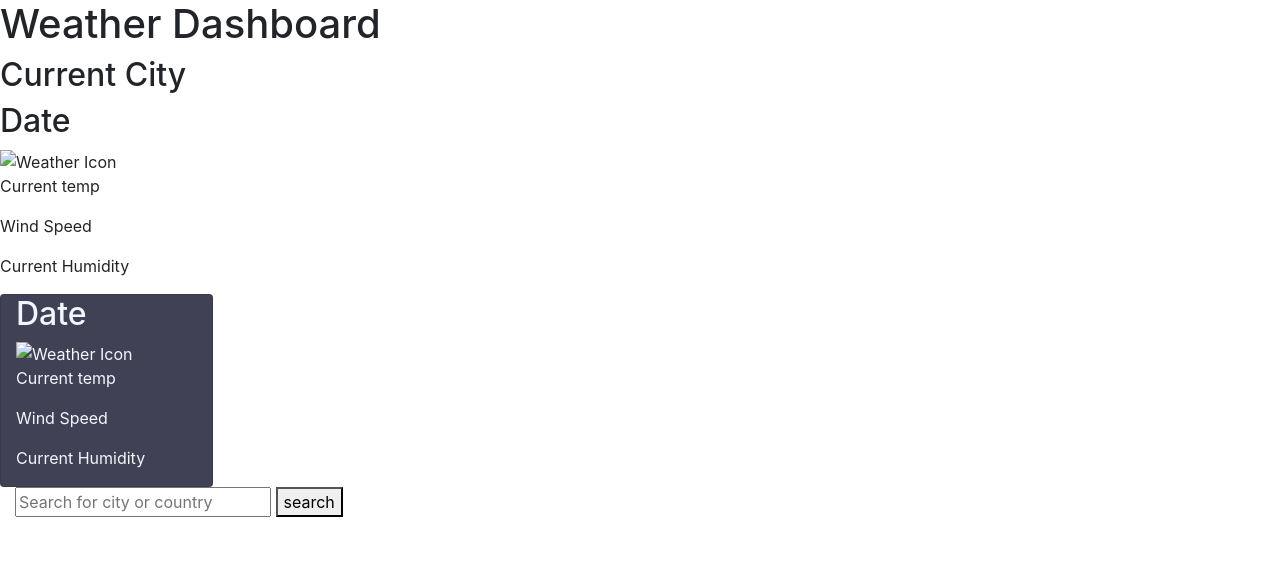
Repository: cobalt88/weather-forecast-app
Page: index.html
The author's editor kept a copy of each file at every save. The page is drawn from the files as they stood at one save, then again after the next save.
The browser window is 1280 px wide. The pictures show the whole page.
The page's requests for data from a server got no answer. Some web libraries are served in a nearby version.

Above is the page before, as saved 2022-04-02 17:28:41.

### index.html
<!DOCTYPE html>
<html lang="en">
<head>
  <meta charset="UTF-8">
  <meta http-equiv="X-UA-Compatible" content="IE=edge">
  <meta name="viewport" content="width=device-width, initial-scale=1.0">
  <link
  rel="stylesheet"
  href="https://stackpath.bootstrapcdn.com/bootstrap/4.3.1/css/bootstrap.min.css"
/>
<link
  rel="stylesheet"
  href="https://use.fontawesome.com/releases/v5.8.1/css/all.css"
  integrity="sha384-50oBUHEmvpQ+1lW4y57PTFmhCaXp0ML5d60M1M7uH2+nqUivzIebhndOJK28anvf"
  crossorigin="anonymous"
/>
<link
  href="https://fonts.googleapis.com/css?family=Open+Sans&display=swap"
  rel="stylesheet"
/>

<link href="style.css" rel="stylesheet">
  <title>Document</title>
</head>
<body>
  <header><h1>Weather Dashboard</h1></header>
  <div id="current-day"></div>
  <h2 id="city">Current City</h2>
  <h2 id="date">Date</h2>
      <img alt="Weather Icon">
      <p id="temp">Current temp</p>
      <p id="wind">Wind Speed</p>
      <p id="humidity">Current Humidity</p>

  <div id="5-day-container">

    <div id="forecast" class="card col-2">
      <h2 id="date">Date</h2>
      <img alt="Weather Icon">
      <p id="temp">Current temp</p>
      <p id="wind">Wind Speed</p>
      <p id="humidity">Current Humidity</p>

    </div>


  </div>

  <div class="col-xl-4 col-lg-4 col-md-4 col-sm-4 col-4">
    <input type="text" id="searchInput" placeholder="Search for city or country">
    <button type= 'button' id="search-button">search</button>
    <ul id="city-list"></ul>
  </div>
  <script src="https://code.jquery.com/jquery-3.4.1.min.js"></script>
  <script src="logic.js"></script>
</body>
</html>

### style.css
.card {
  background-color: rgb(65, 65, 85);
  color: aliceblue;

}

.cityList {
  display: flex;
  flex-direction: column;
  width: 25%;
  max-width: 500px;
}

### logic.js
var buttonContainerEl = document.querySelector('#city-list');
var dataArr = [];
var currentLocationArr = [];
var searchLocationArr = [];
var forecastArr = [];
var input = document.getElementById('searchInput');

$("#search-button").on("click", function () {
  let text = $(this).siblings("#searchInput").val();
  console.log(text)
  var searchUrl = `http://dataservice.accuweather.com/locations/v1/cities/search?apikey=%09WRy7rAgeG9pkGPZlac8sWxk9sXswNaMI&q=${text}}`
  fetch(searchUrl)
    .then(function(response) {
      return response.json();
    })
    .then(function(searchLocation) {
      currentLocationArr.push(searchLocation);
    })
    .then(function(){
      console.log(searchLocationArr);
    })

  })


function getLocation() {
  var requestLocationUrl = 'http://dataservice.accuweather.com/locations/v1/cities/ipaddress?apikey=WRy7rAgeG9pkGPZlac8sWxk9sXswNaMI&q=199.231.175.194'
  fetch(requestLocationUrl)
  .then(function(response){
    return response.json();
  })
  .then(function(currentLocation) {
    currentLocationArr.push(currentLocation);
  })
  .then(function(localForecast) {
    var localKey = currentLocationArr[0].Key;
    var searchUrl = `http://dataservice.accuweather.com/locations/v1/cities/search?apikey=%09WRy7rAgeG9pkGPZlac8sWxk9sXswNaMI&q=${localKey}}`
    fetch(searchUrl)
      .then(function(response) {
        return response.json();
      })
      .then(function(location) {
        // console.log(location);
        // searchLocationArr.push(searchLocation)
      })
  })




};


function getCityList() {
var requestUrl = "http://dataservice.accuweather.com/locations/v1/topcities/150?apikey=%09WRy7rAgeG9pkGPZlac8sWxk9sXswNaMI";
fetch(requestUrl)
  .then(function(response){
  return response.json();
})
.then(function(cityData){
  for (var i = 0; i < cityData.length; i++) {
    var location = document.createElement('li')
    location.textContent = `${cityData[i].EnglishName}, ${cityData[i].Country.EnglishName}`;
    buttonContainerEl.appendChild(location)
    location.setAttribute('class', 'list-group-item ')
    location.setAttribute('id', `${cityData[i].EnglishName}-${cityData[i].Country.EnglishName}` )
    dataArr.push(cityData[i]);
  }
});
};

function forecastDisplayHandler () {
for (var i = 0; i < forecastArr.length; i++) {

}

}



// function search() {
//   var filter = input.value.toLowerCase();
//   var ul = document.getElementById('city-list');
//   var li = document.getElementsByTagName('li');

//   for (let i = 0; i < li.length; i++) {
//     a = li[i].getElementsByTagName("a")[0];
//     txtValue = li.textContent || li.innerText;
//     if (txtValue.toLowerCase().indexOf(filter) > -1) {
//       li[i].style.display = "";
//     } else {
//       li[i].style.display = "none";
//     }
//   }

// }

getLocation();
getCityList();
// console.log(currentLocationArr);

After the next save:
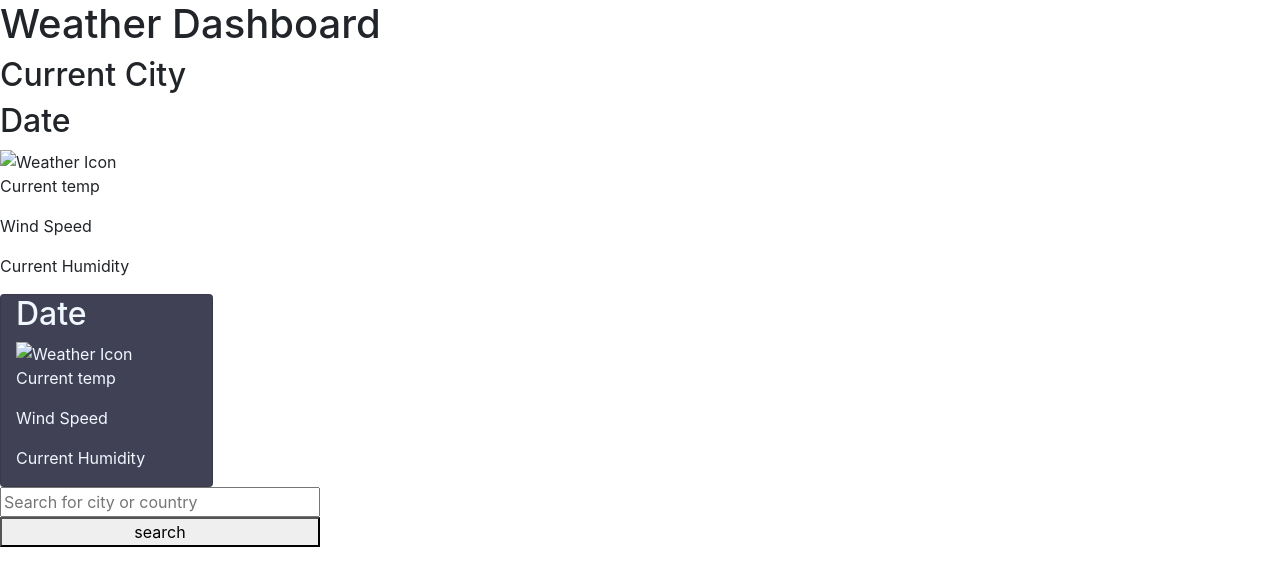
Saved 7 s later.
--- a/index.html
+++ b/index.html
@@ -46,7 +46,7 @@
 
   </div>
 
-  <div class="col-xl-4 col-lg-4 col-md-4 col-sm-4 col-4">
+  <div class="cityList">
     <input type="text" id="searchInput" placeholder="Search for city or country">
     <button type= 'button' id="search-button">search</button>
     <ul id="city-list"></ul>

After the save that followed:
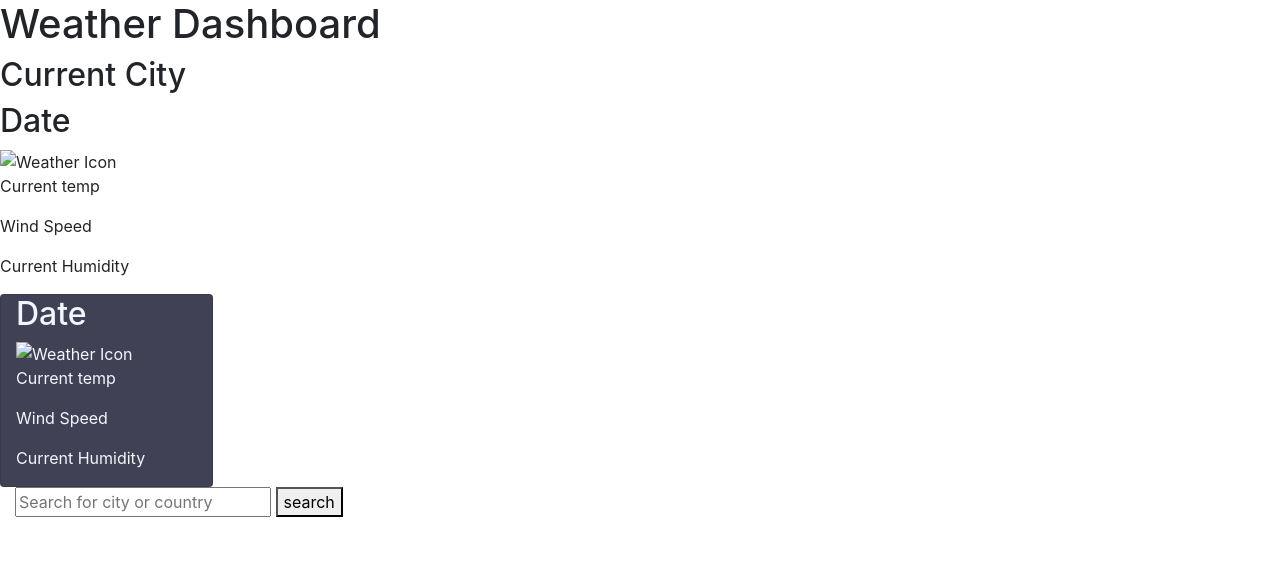
Saved 35 s later.
--- a/index.html
+++ b/index.html
@@ -46,7 +46,7 @@
 
   </div>
 
-  <div class="cityList">
+  <div class="col-xl-4 col-lg-4 col-md-4 col-sm-4 col-4">
     <input type="text" id="searchInput" placeholder="Search for city or country">
     <button type= 'button' id="search-button">search</button>
     <ul id="city-list"></ul>
